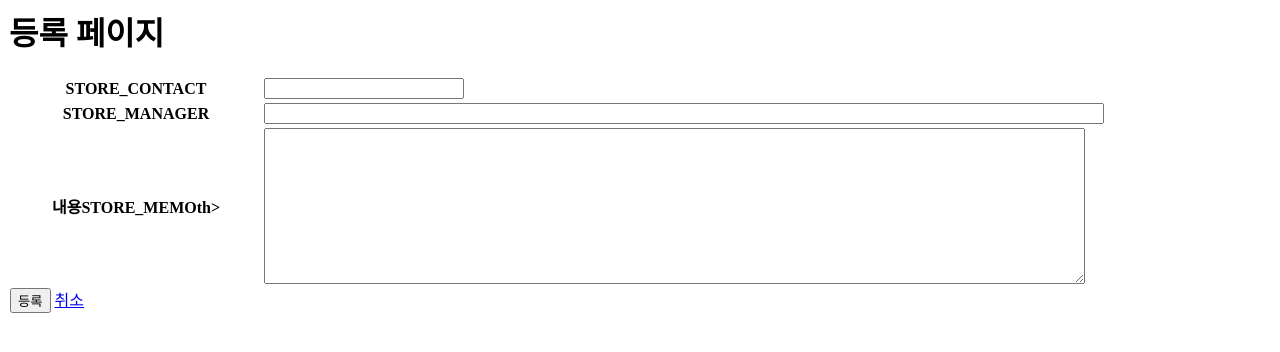
Repository: 2022-kh-final-mothlymoon/moon-back
Page: http://localhost/sellermoon/store/create.jsp
The author's editor kept a copy of each file at every save. The page is drawn from the files as they stood at one save, then again after the next save.
The browser window is 1280 px wide. The pictures show the whole page.
The page is served by Tomcat 9. Other server files are loaded and not shown.

Above is the page before, as saved 2022-10-20 15:45:42.

### sellermoon/src/main/webapp/store/create.jsp
<%@ page language="java" contentType="text/html; charset=UTF-8"
	pageEncoding="UTF-8"%>
<%@ taglib uri="http://java.sun.com/jsp/jstl/core" prefix="c"%>
<%@ taglib uri="http://java.sun.com/jsp/jstl/fmt" prefix="fmt"%>


<div class="row" style="margin-bottom: 20px; margin-left: 1px;">
	<div class="col-lg-12">
		<h1 class="page-header">등록 페이지</h1>
	</div>
</div>

<div class="panel" style="margin-left: 1px;">
	<div id="contAreaBox">
		<div class="panel">
			<div class="panel-body">
				<form role="form" action="/board/create_action" method="post">
					<div class="table-responsive" style="text-align: center;">
						<table id="datatable-scroller"
							class="table table-bordered tbl_Form">
							<caption></caption>
							<colgroup>
								<col width="250px" />
								<col />
							</colgroup>
							<tbody>
								<tr>
									<th class="active">STORE_CONTACT</th>
									<td class="form-inline"><input type="text"
										id="STORE_CONTACT" name="STORE_CONTACT" class="form-control"
										style="width: 200px" /></td>
								</tr>
								<tr>
									<th class="active">STORE_MANAGER</th>
									<td class="form-inline"><input type="text"
										id="STORE_MANAGER" name="STORE_MANAGER" class="form-control"
										style="width: 840px" /></td>
								</tr>
								<tr>
									<th class="active">내용STORE_MEMOth>
									<td class="form-inline"><textarea id="STORE_MEMO"
											name="STORE_MEMO" cols="100" rows="10" class="form-control"></textarea></td>
								</tr>
							</tbody>
						</table>
					</div>
					<div style="margin-left: 1px;">
						<button type="submit" class="btn btn-primary">등록</button>
						<a href="/board/list" class="btn btn-danger">취소</a>
					</div>
				</form>
			</div>
		</div>
	</div>
</div>

After the next save:
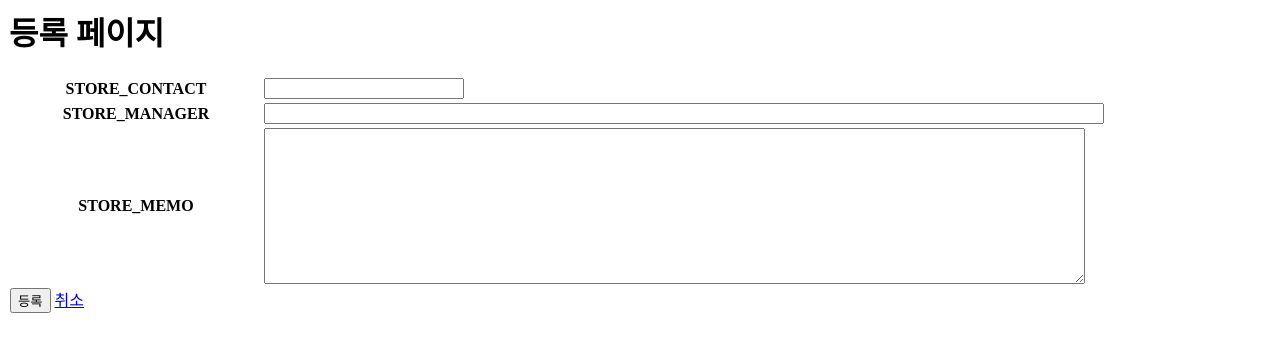
Saved 17 s later.
--- a/sellermoon/src/main/webapp/store/create.jsp
+++ b/sellermoon/src/main/webapp/store/create.jsp
@@ -37,7 +37,7 @@
 										style="width: 840px" /></td>
 								</tr>
 								<tr>
-									<th class="active">내용STORE_MEMOth>
+									<th class="active">STORE_MEMO</th>
 									<td class="form-inline"><textarea id="STORE_MEMO"
 											name="STORE_MEMO" cols="100" rows="10" class="form-control"></textarea></td>
 								</tr>
